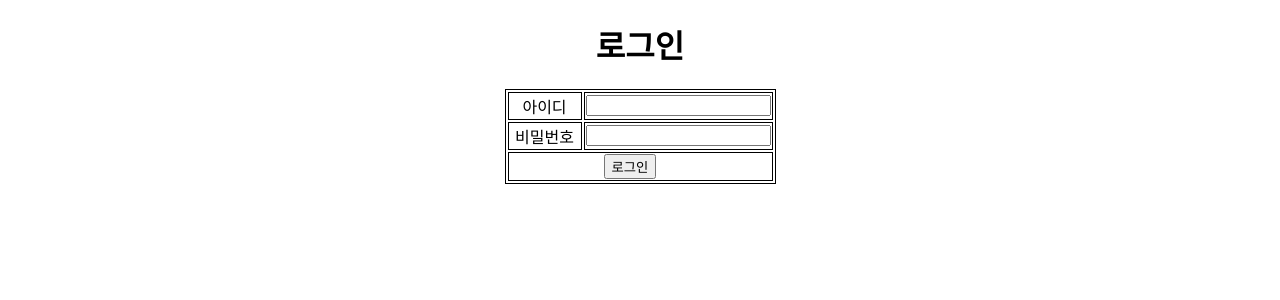
Repository: CHANGMAN-LEE/Java_ee
Page: http://localhost/test/template/write.jsp
These files come from the project's save history. The page is drawn as it stood at one moment and after the next save; the edit follows.
The browser window is 1280 px wide. The pictures show the whole page.
The page is served by Tomcat 9.

Above is the page before, as saved 2020-07-09 06:46:06.

### workspace/test/WebContent/template/write.jsp
<%@ page language="java" contentType="text/html; charset=UTF-8"
    pageEncoding="UTF-8"%>
<!DOCTYPE html>
<html>
<head>
<meta charset="UTF-8">
<title>Insert title here</title>
</head>
<body>
<h1 align="center">로그인</h1>
<form name="loginForm" method="post" action="/miniProject/member/login.do">
<table align="center" border="1" bordercolor="black" bgcolor="">

<tr>
	<td width="70" align="center">아이디</td>
	<td>
		<input type="text" name="id" class="id">
		<div class="idDiv"></div>
	</td>
</tr>

<tr>
	<td align="center">비밀번호</td>
	<td>
		<input type="password" name="pwd" class="pwd">
		<div class="pwdDiv"></div>
	</td>
</tr>

	<tr>
		<td colspan="2" align="center">
		<input type="button" id="checkLoginForm" value="로그인"> &emsp;
		</td>
	</tr>

</table>
</form>
</body>
</html>

After the next save:
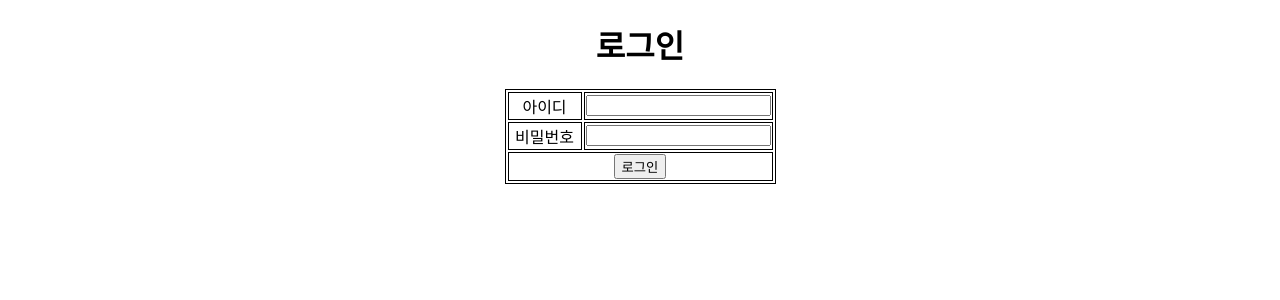
Saved 5 s later.
--- a/workspace/test/WebContent/template/write.jsp
+++ b/workspace/test/WebContent/template/write.jsp
@@ -29,7 +29,7 @@
 
 	<tr>
 		<td colspan="2" align="center">
-		<input type="button" id="checkLoginForm" value="로그인"> &emsp;
+		<input type="button" id="checkLoginForm" value="로그인">
 		</td>
 	</tr>
 
